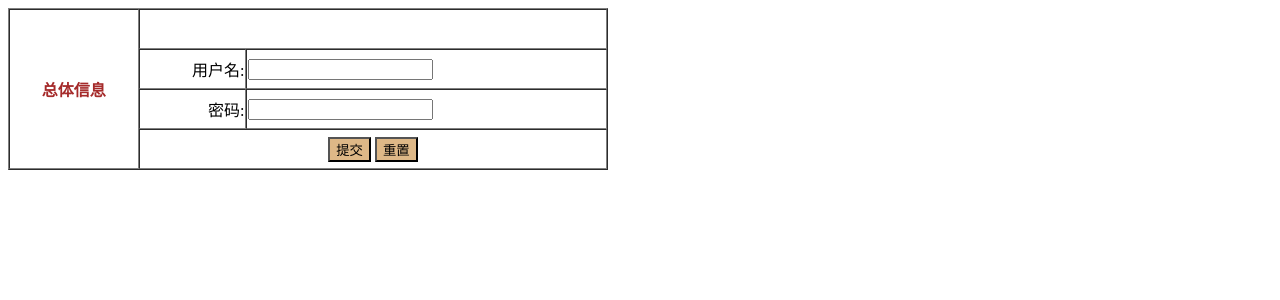
Repository: fixbb/workspace
Page: 008表单/index.html
These files come from the project's save history. The page is drawn as it stood at one moment and after the next save; the edit follows.
The browser window is 1280 px wide. The pictures show the whole page.

Above is the page before, as saved 2021-08-25 16:53:25.

After the next save:
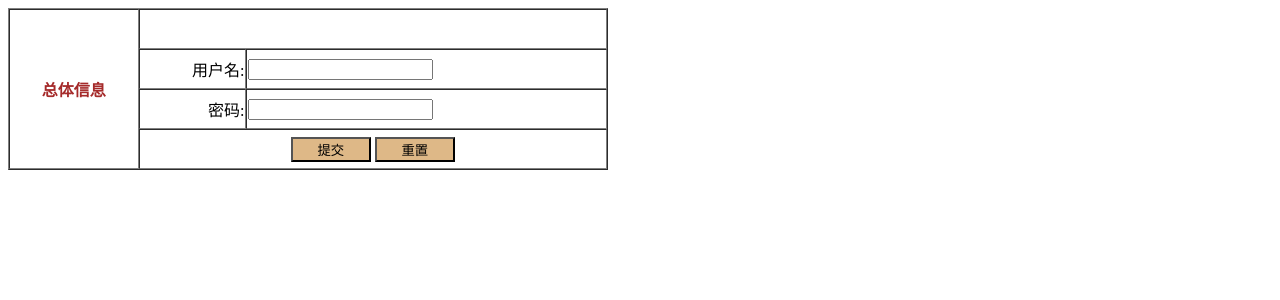
Saved 30 s later.
--- a/008表单/index.html
+++ b/008表单/index.html
@@ -30,8 +30,8 @@
                 </tr>
                 <tr height="40px">
                     <th colspan="2">
-                        <input type="submit" value="提交" style="background-color: burlywood;">
-                        <input type="reset" value="重置" style="background-color: burlywood;">
+                        <input type="submit" value="提交" style="background-color: burlywood; width: 80px">
+                        <input type="reset" value="重置" style="background-color: burlywood; width: 80px">
                     </th>
                 </tr>
             </tbody>
